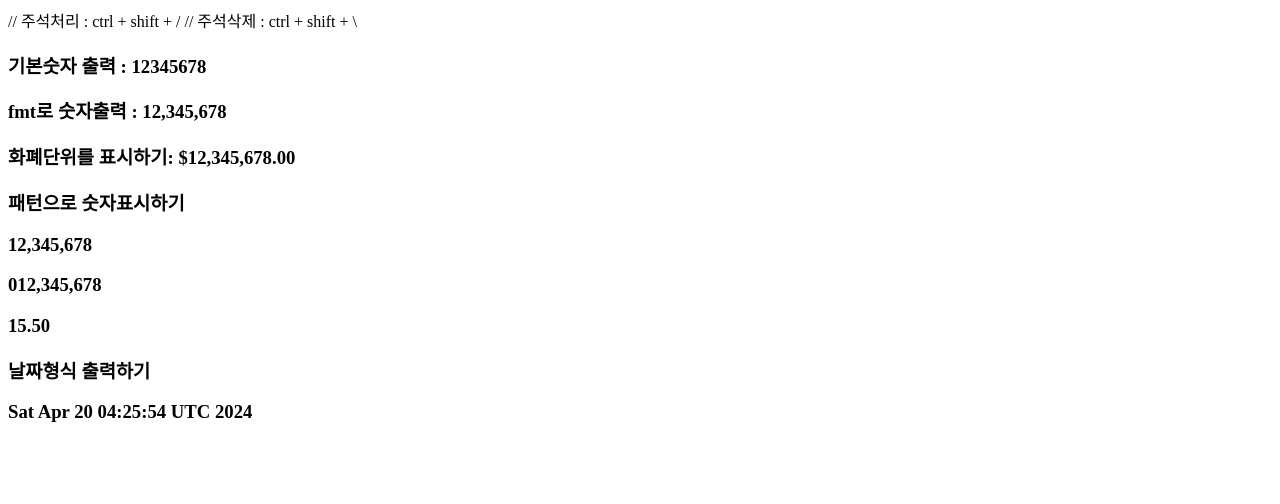
Repository: yongmin0309/mybatis1
Page: http://localhost/eL_JSTL/views/jstl/formattag.jsp
An editor plug-in stored every save of this project. The page is shown before and after the next save, followed by the edit.
The browser window is 1280 px wide. The pictures show the whole page.
The page is served by Tomcat 9.

Above is the page before, as saved 2024-04-20 08:15:52.

After the next save:
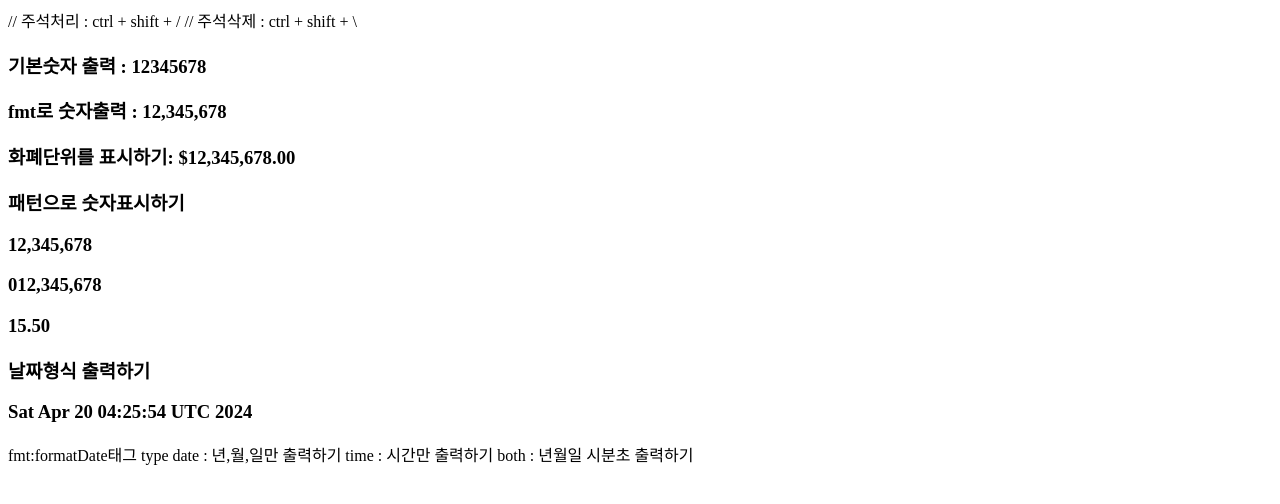
Saved 2 min 14 s later.
--- a/work/eL_JSTL/src/main/webapp/views/jstl/formattag.jsp
+++ b/work/eL_JSTL/src/main/webapp/views/jstl/formattag.jsp
@@ -30,6 +30,13 @@
 	<h3>날짜형식 출력하기</h3>
 	<c:set var="today" value="<%=new java.util.Date() %>"/>
 	<h3><c:out value="${today }"/></h3>
+	<p>
+		fmt:formatDate태그
+			type
+				date : 년,월,일만 출력하기
+				time : 시간만 출력하기
+				both : 년월일 시분초 출력하기
+	</p>
 
 
 
